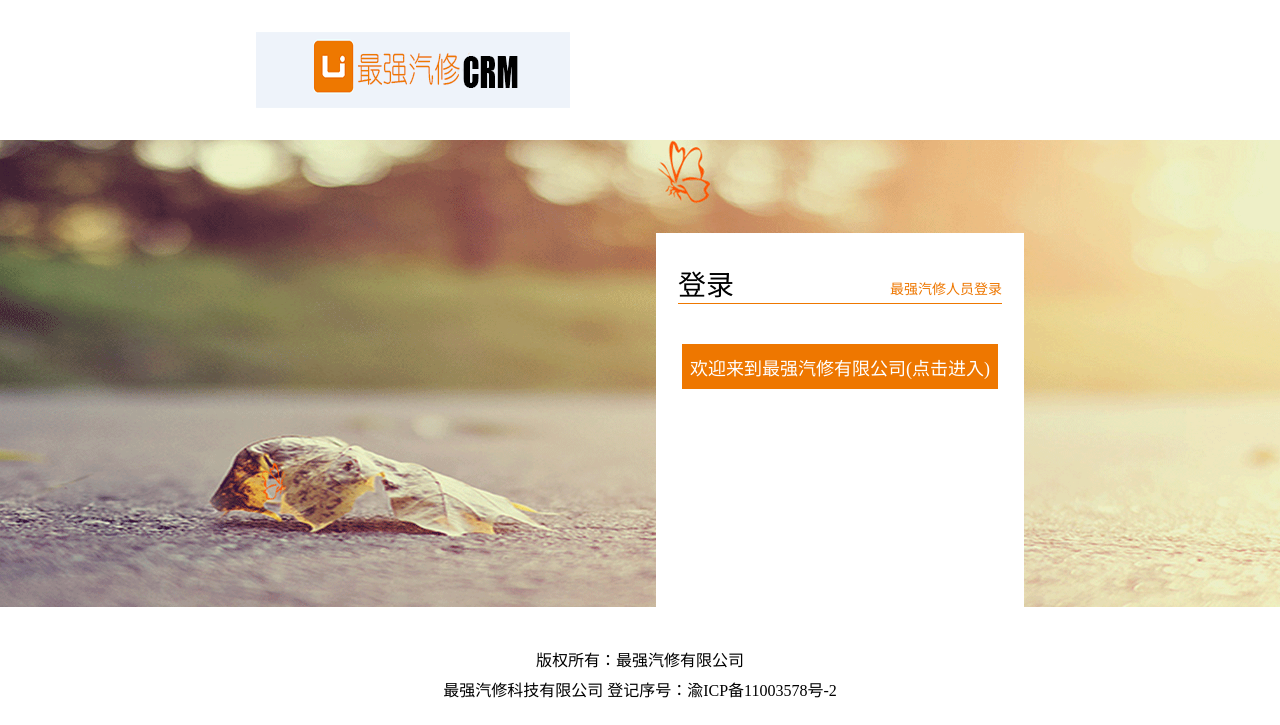
Repository: liaojingrui01/CarRepair
Page: http://localhost/CarWebPro/carOfficial/login.jsp
These files come from the project's save history. The page is drawn as it stood at one moment and after the next save; the edit follows.
The browser window is 1280 px wide. The pictures show the whole page.
The page is served by Tomcat 9. Other server files are loaded and not shown.

Above is the page before, as saved 2019-07-02 10:21:00.

### CarWebPro/WebContent/carOfficial/login.jsp
<%@ page language="java" contentType="text/html; charset=utf-8"
	pageEncoding="utf-8"%>
<!DOCTYPE html PUBLIC "-//W3C//DTD XHTML 1.0 Transitional//EN" "http://www.w3.org/TR/xhtml1/DTD/xhtml1-transitional.dtd">
<html xmlns="http://www.w3.org/1999/xhtml">
<head>
<meta http-equiv="Content-Type" content="text/html; charset=utf-8" />
<title>最强汽修人员登录页面</title>
<link rel="stylesheet" type="text/css" href="./css/public.css" />
<link rel="stylesheet" type="text/css" href="./css/page.css" />
<script type="text/javascript" src="./js/jquery.min.js"></script>
<script type="text/javascript" src="./js/public.js"></script>
</head>
<body>

	<!-- 登录页面头部 -->
	<div class="logHead">
		<img src="/CarWebPro/backstage/img/logLOGO.png" />
	</div>
	<!-- 登录页面头部结束 -->

	<!-- 登录body -->

	<div class="logDiv">
		<img class="logBanner" src="/CarWebPro/backstage/img/logBanner.png" />
		<div class="logGet">
			<!-- 头部提示信息 -->
			<div class="logD logDtip">
				<p class="p1">登录</p>
				<p class="p2">最强汽修人员登录</p>
			</div>
			<!-- 输入框 -->
			<form action="${pageContext.request.contextPath }/indexUrl?op=queryBunner" method="post">

				<div class="logC">
					<button type="submit">欢迎来到最强汽修有限公司(点击进入)</button>
				</div>
			</form>
		</div>
	</div>

	<!-- 登录body  end -->

	<!-- 登录页面底部 -->
	<div class="logFoot">
		<p class="p1">版权所有：最强汽修有限公司</p>
		<p class="p2">最强汽修科技有限公司 登记序号：渝ICP备11003578号-2</p>
	</div>
	<!-- 登录页面底部end -->
</body>
</html>

### CarWebPro/WebContent/backstage/css/public.css
@charset "utf-8";

* {
	padding: 0;
	margin: 0;
	font-family: "Microsoft YaHei";
	font-size: 14px;
}
#hides{display: none;}
a {
	text-decoration: none;
}

li {
	list-style-type: none;
}

/*head.css*/
/*页面整形CSS   请勿删除和覆盖   hy*/
#bg {
	width: 100%;
	overflow-x: hidden;
}

.head {
	width: 100%;
	height: 100px;
	background-color: #4390b9;
}

.head .headL {
	width: 440px;
	height: 100%;
	text-align: center;
	float: left;
	display: inline-block;
}

.head .headL img.headLogo {
	padding-top: 28px;
}

.head .headR {
	width: 400px;
	height: 100%;
	display: inline-block;
	float: right;
	text-align: right;
	margin-right: 120px;
}

.head .headR .p1 {
	padding-top: 30px;
	font-size: 18px;
	color: white;
	display: inline-block;
	cursor: pointer;
}

.head .headR .p2 {

}

.head .headR .p2 a {
	font-size: 14px;
	padding-top: 12px;
	display: inline-block;
	color: white;
	cursor: pointer;
}
/*head.html  弹出框关闭*/
.closeOut {
	width: 100%;
	height: 100%;
	background-color: rgba(0, 0, 0, 0.39);
	position: fixed;
	top: 0px;
	display: none;
}

.closeOut .coDiv {
	width: 20%;
	margin: auto;
	background-color: #fff;
	position: relative;
	top: 30%;
	text-align: center;
}

.closeOut .coDiv .p1 {
	position: relative;
	top: 5px;
	left: 45%;
}

.closeOut .coDiv .p1 span {
	width: 30px;
	height: 30px;
	display: inline-block;
	color: #fff;
	background-color: #3695cc;
	border-radius: 15px;
	line-height: 30px;
	font-size: 20px;
	cursor: pointer;
}

.closeOut .coDiv .p2 {
	font-size: 18px;
	margin-top: 20px;
}

.closeOut .coDiv .p3 {
	margin-top: 20px;
}

.closeOut .coDiv .p3 .ok {
	display: inline-block;
	width: 100px;
	height: 40px;
	background-color: #fff;
	border: 1px solid #3695cc;
	line-height: 40px;
	margin-left: 25px;
	margin-right: 25px;
	color: #333;
	font-size: 16px;
	margin-bottom: 65px;
}

.closeOut .coDiv .p3 .no {
	background-color: #3695cc;
	color: #fff;
}

/*******left页面css*******/
.container {
	width: 220px;
	height: 100%;
	margin: auto;
	position: absolute;
}

.leftsidebar_box {
	width: 220px;
	height: 100%;
	background-color: #f2f2f2;
}

.leftsidebar_box dt {
	background-color: #f9f9f9;
	color: #333;
	font-size: 14px;
	position: relative;
	line-height: 44px;
	cursor: pointer;
	border-bottom: 1px solid #dedede;
	border-right: 1px solid #dedede;
	padding-left: 40px;
}

.leftsidebar_box dd {
	display: none;
	position: relative;
	background-color: white;
	padding-left: 65px;
	border-bottom: 1px solid #dedede;
	border-right: 1px solid #dedede;
}

.leftsidebar_box dd a {
	color: #333;
	line-height: 42px;
	width: 100%;
	height: 100%;
	display: inline-block;
	cursor: pointer;
}

.leftsidebar_box dt img.icon1 {
	display: none;
	position: absolute;
	top: 10px;
	left: 10px;
}

.leftsidebar_box dt img.icon2 {
	position: absolute;
	top: 10px;
	left: 10px;
}

.leftsidebar_box dt img.icon3 {
	display: none;
	position: absolute;
	top: 20px;
	right: 12px;
}

.leftsidebar_box dt img.icon4 {
	position: absolute;
	top: 20px;
	right: 12px;
}

.leftsidebar_box dd img.icon5 {
	display: none;
	position: absolute;
	top: 0px;
	right: 0px;
}

.leftsidebar_box dd img.coin11 {
	display: none;
	position: absolute;
	top: 0px;
	left: 40px;
}

.leftsidebar_box dd img.coin22 {
	position: absolute;
	top: 0px;
	left: 40px;
}

.leftsidebar_box dl dd:last-child {
	padding-bottom: 10px;
}

.leftsidebar_box .line {
	background-color: #f9f9f9;
	color: #333;
	font-size: 14px;
	position: relative;
	line-height: 44px;
	cursor: pointer;
	border-bottom: 1px solid #dedede;
	border-right: 1px solid #dedede;
	padding-left: 40px
}

.leftsidebar_box .line img {
	position: absolute;
	top: 10px;
	left: 10px;
}

.leftsidebar_box .menu_chioce1 {
	color: #106ea9;
}

.leftsidebar_box .menu_chioce2 {
	color: #106ea9;
}
/*left.css end*/

### CarWebPro/WebContent/backstage/css/page.css
@charset "utf-8";
/*登录页面样式*/
.logHead {
	width: 100%;
	height: 140px;
}
#hides{display: none;}
.logHead img {
	margin-left: 20%;
	margin-top: 32px;
}

.logDiv {
	width: 100%;
	position: relative;
}

.logDiv img.logBanner {
	width: 100%;
	overflow: hidden;
}

.logDiv .logGet {
	width: 368px;
	height: 408px;
	background-color: white;
	position: absolute;
	top: 20%;
	right: 20%;
}

.logDiv .logGet .logDtip {
	width: 88%;
	border-bottom: 1px solid #ee7700;
	margin: 0px auto;
	margin-bottom: 40px
}

.logDiv .logGet .lgD {
	width: 86%;
	margin: 0px auto;
	position: relative;
	margin-bottom: 20px;
}

.logDiv .logGet .lgD img.img1 {
	position: absolute;
	top: 12px;
	left: 8px;
}

.logDiv .logGet .lgD input {
	width: 100%;
	height: 42px;
	text-indent: 2.5rem;
}

.logDiv .logGet .lgD input.getYZM {
	width: 160px;
	display: inline-block;
}

.logDiv .logGet .lgD .logYZM {
	width: 100px;
	height: 46px;
	overflow: hidden;
	display: inline-block;
	position: relative;
	top: 18px;
}

.logDiv .logGet .lgD .logYZM img.yzm {
	width: 100%;
}

.logDiv .logGet .logD2 {
	margin-top: -20px;
}

.logDiv .logGet .logD .p1 {
	display: inline-block;
	font-size: 28px;
	margin-top: 30px;
}

.logDiv .logGet .logD .p2 {
	display: inline-block;
	font-size: 14px;
	margin-top: 45px;
	float: right;
	color: #ee7700;
}

.logDiv .logC {
	width: 86%;
	margin: 0px auto;
	margin-top: 30px;
}

.logDiv .logC button {
	width: 100%;
	height: 45px;
	background-color: #ee7700;
	border: none;
	color: white;
	font-size: 18px;
}

.logFoot {
	width: 100%;
	height: 118px;
	text-align: center;
}

.logFoot .p1 {
	padding-top: 40px;
	font-size: 16px;
}

.logFoot .p2 {
	padding-top: 6px;
	font-size: 16px;
}
/*登录页面样式end*/

### CarWebPro/WebContent/backstage/js/public.js
// head.html 的弹出框 JS
// $(".goOut").click(function(){
//    $(".closeOut").show();
//  });
//  $(".p1").click(function(){
//    $(".closeOut").hide();
//  });
//  $(".no").click(function(){
//    $(".closeOut").hide();
//  });
 // head.html 的弹出框 JS  end


// left.html 的切换节点  JS
$(function(){
	// 点击展开事件，切换图片
	$(".leftsidebar_box dt").click(function(){
		// 先处理掉所有存在的节点,再判断是否存在
		$('.icon1').hide();
		$('.icon2').show();
		$(".leftsidebar_box dt").removeClass('menu_chioce1');
		if ($(this).parent().find('dd').is(":hidden")) {
			$(this).parent().find('.icon1').show();
			$(this).parent().find('.icon2').hide();
			$(this).parent().find('.icon3').show();
			$(this).parent().find('.icon4').hide();
			$(this).addClass('menu_chioce1');
		}else{
			$(this).parent().find('.icon1').hide();
			$(this).parent().find('.icon2').show();
			$(this).parent().find('.icon3').hide();
			$(this).parent().find('.icon4').show();
			$(this).removeClass('menu_chioce1');
		}
		$(this).parent().find('dd').removeClass("menu_chioce");
		$(".menu_chioce").slideUp();
		$(this).parent().find('dd').slideToggle();
		$(this).parent().find('dd').addClass("menu_chioce");


	});
	$(".cks").click(function(){
		// 先处理掉所有存在的节点,再判断是否存在
		$(".icon5").hide();
		$('.coin11').hide();
		$('.coin22').show();
		$(this).parent().find('.coin11').show();
		$(this).parent().find('.coin22').hide();
		$(".leftsidebar_box .cks").removeClass('menu_chioce2');
		if ($(this).parent().find('.icon5').is(":hidden")) {
			$(this).addClass('menu_chioce2');
			$(this).parent().find('.icon5').show();
		}else{
			$(this).removeClass('menu_chioce2');
			$(this).parent().find('.icon5').hide();
		}


	});
})
// left.html 的切换节点  JS end

Loaded but not shown: CarWebPro/WebContent/backstage/js/jquery.min.js (library)

After the next save:
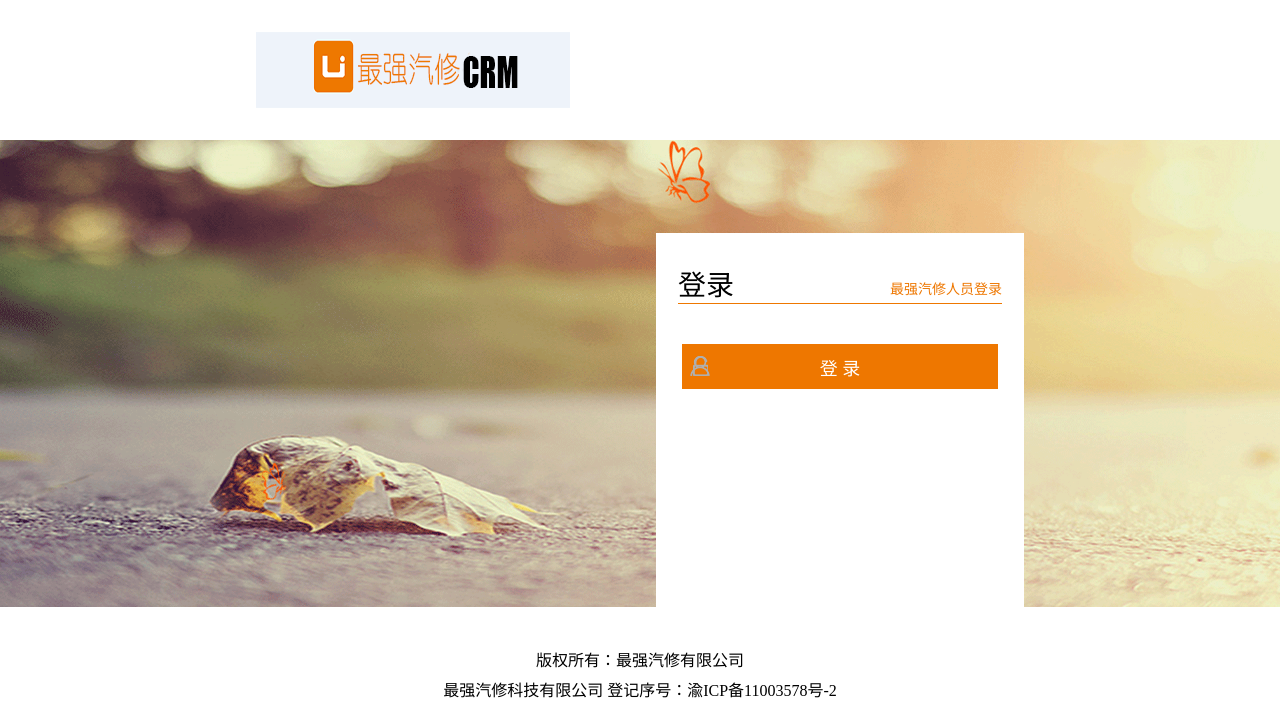
Saved 112 s later.
--- a/CarWebPro/WebContent/carOfficial/login.jsp
+++ b/CarWebPro/WebContent/carOfficial/login.jsp
@@ -14,14 +14,14 @@
 
 	<!-- 登录页面头部 -->
 	<div class="logHead">
-		<img src="/CarWebPro/backstage/img/logLOGO.png" />
+		<img src="./img/logLOGO.png" />
 	</div>
 	<!-- 登录页面头部结束 -->
 
 	<!-- 登录body -->
 
 	<div class="logDiv">
-		<img class="logBanner" src="/CarWebPro/backstage/img/logBanner.png" />
+		<img class="logBanner" src="./img/logBanner.png" />
 		<div class="logGet">
 			<!-- 头部提示信息 -->
 			<div class="logD logDtip">
@@ -29,10 +29,17 @@
 				<p class="p2">最强汽修人员登录</p>
 			</div>
 			<!-- 输入框 -->
-			<form action="${pageContext.request.contextPath }/indexUrl?op=queryBunner" method="post">
+			<form action="${pageContext.request.contextPath }/admUrl?op=login" method="post">
+				<div class="lgD">
+					<img class="img1" src="./img/logName.png" />
 
+				</div>
+				<div class="lgD">
+					<img class="img1" src="./img/logPwd.png" />
+
+				</div>
 				<div class="logC">
-					<button type="submit">欢迎来到最强汽修有限公司(点击进入)</button>
+					<button type="submit">登 录</button>
 				</div>
 			</form>
 		</div>
